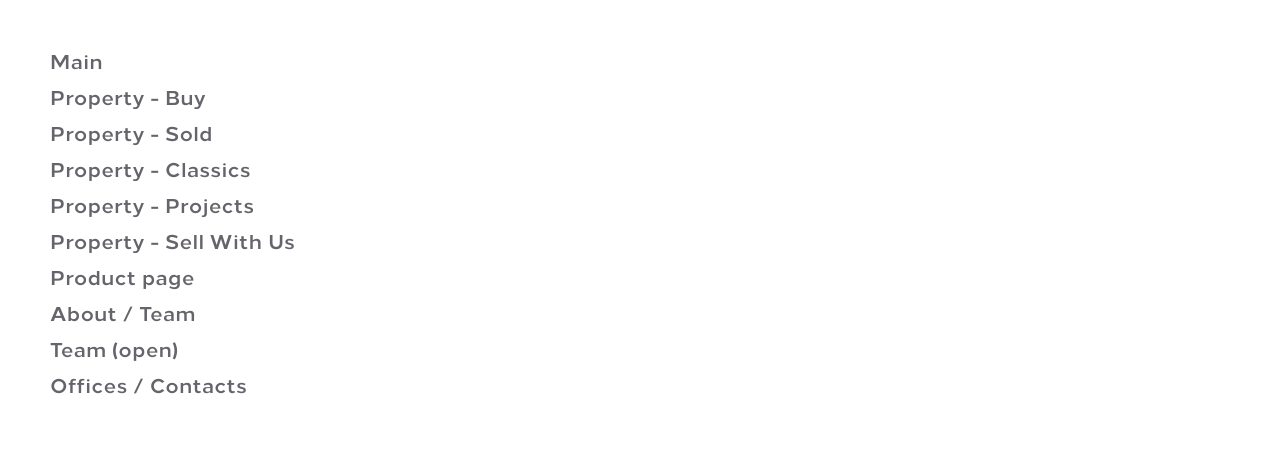
Repository: TarasDutchak/srb
Page: sitemap.html
These files come from the project's save history. The page is drawn as it stood at one moment and after the next save; the edit follows.
The browser window is 1280 px wide. The pictures show the whole page.

Above is the page before, as saved 2024-07-26 09:31:20.
Console error: ReferenceError: Swiper is not defined

### sitemap.html
<!DOCTYPE html>
<html lang="en">

<head>
    <meta charset="UTF-8">
    <meta name="viewport" content="width=device-width, initial-scale=1.0">
    <title>Pages</title>
    <link rel="stylesheet" href="css/lib/bootstrap-grid.min.css">
    <link rel="stylesheet" href="css/lib/select2.css">
    <link rel="stylesheet" href="css/lib/aos.css">
    <link rel="stylesheet" href="css/style.css">
</head>

<body class="p0">
    <div class="sitemap">
        <ul>
            <li><a href="index.html" target="_blank">Main</a></li>
            <li><a href="buy.html" target="_blank">Property - Buy</a></li>
            <li><a href="sold.html" target="_blank">Property - Sold</a></li>
            <li><a href="classics.html" target="_blank">Property - Classics</a></li>
            <li><a href="projects.html" target="_blank">Property - Projects</a></li>
            <li><a href="sellwithus.html" target="_blank">Property - Sell With Us</a></li>
            <li><a href="product.html" target="_blank">Product page</a></li>
            <li><a href="about-team.html" target="_blank">About / Team</a></li>
            <li><a href="team-open.html" target="_blank">Team (open)</a></li>
            <li><a href="offices-contacts.html" target="_blank">Offices / Contacts</a></li>
        </ul>
    </div>





    <style>
        .sitemap {
            padding: 50px;
        }

        ul {
            list-style-type: none;
            margin: 0;
            padding: 0;
        }

        li {
            margin-bottom: 10px;
        }

        a {
            font-weight: 600;
            font-size: 20px;
            color: #64656a;
            letter-spacing: 0.54px;
        }
    </style>

    <script src="js/lib/jquery.js"></script>
    <script src="js/lib/select2.js"></script>
    <script src="js/lib/aos.js"></script>
    <script src="js/main.js"></script>
</body>

</html>

<!-- containersect -->

### js/main.js
$(document).ready(function () {
    // AOS
    AOS.init({
        once: true,
        offset: -50,
        duration: 800,
        easing: "ease-in-out",
    });

    // styled selects
    if ($('select').length) {
        $('.styledselect').select2({
            // placeholder: "Project Type*",
            minimumResultsForSearch: Infinity,
        });
    }

    $(".button_su_inner").mouseenter(function (e) {
        var parentOffset = $(this).offset();

        var relX = e.pageX - parentOffset.left;
        var relY = e.pageY - parentOffset.top;
        $(this).prev(".su_button_circle").css({ "left": relX, "top": relY });
        $(this).prev(".su_button_circle").removeClass("desplode-circle");
        $(this).prev(".su_button_circle").addClass("explode-circle");

    });

    $(".button_su_inner").mouseleave(function (e) {

        var parentOffset = $(this).offset();

        var relX = e.pageX - parentOffset.left;
        var relY = e.pageY - parentOffset.top;
        $(this).prev(".su_button_circle").css({ "left": relX, "top": relY });
        $(this).prev(".su_button_circle").removeClass("explode-circle");
        $(this).prev(".su_button_circle").addClass("desplode-circle");

    });

    // remove body class
    function removeLoadPageClass() {
        if (document.body.classList.contains('loadpage')) {
            document.body.classList.remove('loadpage');
        }
    }
    setTimeout(removeLoadPageClass, 4000);
    window.addEventListener('scroll', function () {
        if (window.scrollY > 0) {
            removeLoadPageClass();
        }
    });
    // burger

    $('.burger').click(function () {
        $(this).toggleClass('on');
        const nav = $('.header.header nav');
        nav.toggleClass('show');

        if (nav.hasClass('show')) {
            const items = nav.find('ul > li');
            items.each(function (index) {
                setTimeout(() => {
                    $(this).css({
                        'opacity': '1',
                        'transform': 'translateX(0)'
                    });
                }, index * 100); // Затримка між кожним елементом
            });
        } else {
            const items = nav.find('ul > li');
            items.css({
                'opacity': '0',
                'transform': 'translateX(10px)'
            });
        }
    });

    // filter button
    $('.filterbtn').click(function () {
        $('.filtersection__form').toggleClass('active');
    });

    // scroll to
    $(".scrollnext").on("click", function (event) {
        event.preventDefault();
        var id = $(this).attr('href'),
            top = $(id).offset().top - 70;
        $('body,html').animate({ scrollTop: top }, 800);
    });




    // PROJECTS - slider
    var swiper = new Swiper(".projectsslider", {
        slidesPerView: 1,
        spaceBetween: 20,
        loop: true,
        pagination: {
            el: ".swiper-pagination",
            clickable: true,
        },
        breakpoints: {

            991: {
                slidesPerView: 3,
                spaceBetween: 30,
            },
        },
    });

    var swiper = new Swiper(".projectslider", {
        slidesPerView: 1,
        spaceBetween: 20,
        loop: true,
        speed: 1200,
        autoplay: {
            delay: 2500,
            disableOnInteraction: false,
        },

        navigation: {
            nextEl: ".swiper-button-next",
            prevEl: ".swiper-button-prev",
        },
    });

    $('.ddlink p').click(function () {
        $(this).next('ul').slideToggle();
    })

    if ($('[data-fancybox]').length) {
        Fancybox.bind("[data-fancybox]", {
            // Your custom options
        });
    }

    // about page - add dark theme
    if ($('#team').length) {
        window.addEventListener('scroll', function () {
            var team = document.getElementById('team');
            var rect = team.getBoundingClientRect();
            var windowHeight = window.innerHeight;

            if (rect.top <= windowHeight / 2 && rect.bottom >= windowHeight / 2) {
                document.body.classList.add('darktheme');
            } else {
                document.body.classList.remove('darktheme');
            }
        });

        var team = document.getElementById('team');
        var rect = team.getBoundingClientRect();
        var windowHeight = window.innerHeight;

        if (rect.top <= windowHeight / 2 && rect.bottom >= windowHeight / 2) {
            document.body.classList.add('darktheme');
        } else {
            document.body.classList.remove('darktheme');
        }
    }


    // offices sliders
    var swiper = new Swiper(".officessl", {
        slidesPerView: 1,
        spaceBetween: 10,

        navigation: {
            nextEl: ".swiper-button-next",
            prevEl: ".swiper-button-prev",
        },

        breakpoints: {

            // 991: {
            //     slidesPerView: 3,
            //     spaceBetween: 30,
            // },
        },
    });

    // side forms
    $('.b-f1').click(function(e){
        e.preventDefault();
        $('.bgbox').addClass('show');
        $('.sideform.f1').addClass('show');
    });

    $('.b-f2').click(function(e){
        e.preventDefault();
        $('.bgbox').addClass('show');
        $('.sideform.f2').addClass('show');
    });

    $('.closeform').click(function(){
        $('.bgbox').removeClass('show');
        $('.sideform').removeClass('show');
    })


})

Loaded but not shown: css/lib/bootstrap-grid.min.css (library); css/lib/select2.css (library); css/lib/aos.css (library); css/style.css (library); js/lib/jquery.js (library); js/lib/select2.js (library); js/lib/aos.js (library)

After the next save:
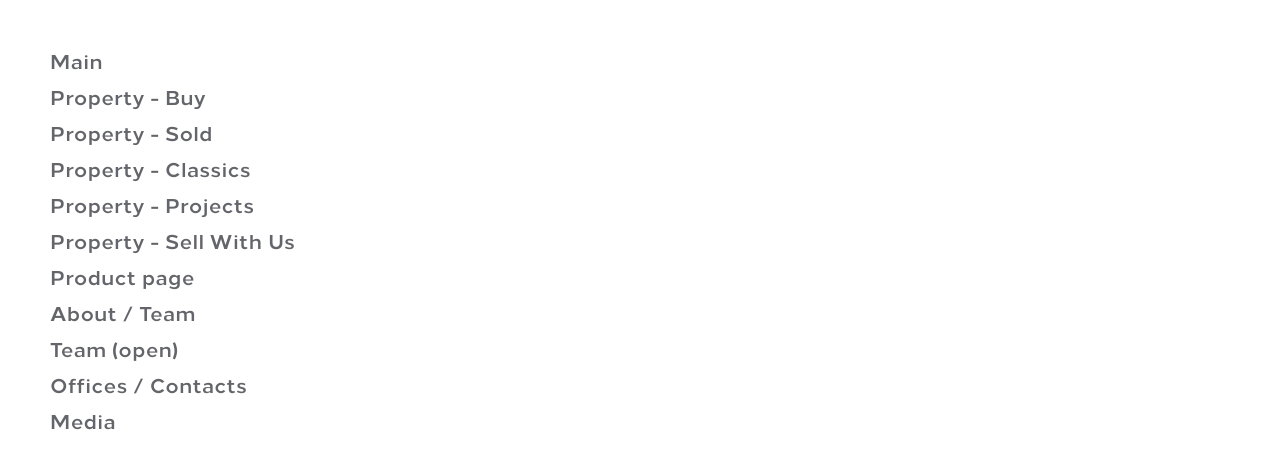
Saved 4 min 11 s later.
--- a/sitemap.html
+++ b/sitemap.html
@@ -24,6 +24,7 @@
             <li><a href="about-team.html" target="_blank">About / Team</a></li>
             <li><a href="team-open.html" target="_blank">Team (open)</a></li>
             <li><a href="offices-contacts.html" target="_blank">Offices / Contacts</a></li>
+            <li><a href="media.html" target="_blank">Media</a></li>
         </ul>
     </div>
 
